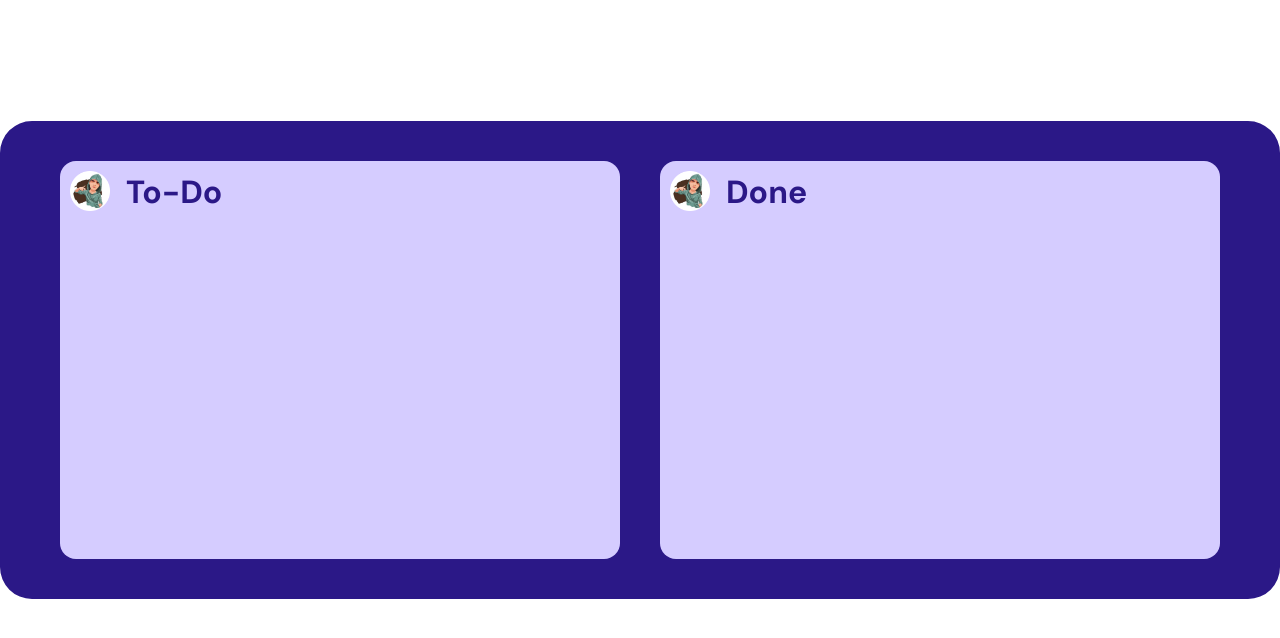
Repository: VitasYo/Kanban
Page: index.html
An editor plug-in stored every save of this project. The page is shown before and after the next save, followed by the edit.
The browser window is 1280 px wide. The pictures show the whole page.

Above is the page before, as saved 2024-04-14 23:37:22.

### index.html
<!DOCTYPE html>
<html lang="en">
<head>
  <meta charset="UTF-8">
  <meta name="viewport" content="width=device-width, initial-scale=1.0">
  <link rel="stylesheet" href="./src/assets/css/index.css">
  <title>To-Do-List-Kanban</title>
</head>
<body>
  <main class="kanban">
    <section class="kanban__column kanban__column_to_do">
      <div class="kanban__title_and_icon">
        <img height=40 width=40 src="src/assets/img/Avatar.jpg" alt="Аватар">
        <h2 class="kanban__title">To-Do</h2>
      </div>

    </section>

    <section class="kanban__column kanban__column--done">
      <div class="kanban__title_and_icon">
        <img height=40 width=40 src="src/assets/img/Avatar.jpg" alt="Аватар">
        <h2 class="kanban__title">Done</h2>
      </div>
    </section>
  </main>
  </body>
<script src="./src/assets/js/index.js"></script>
</html>

### src/assets/css/index.css
@import url('https://fonts.googleapis.com/css2?family=DM+Sans:opsz,wght@9..40,100;9..40,200;9..40,300;9..40,400;9..40,500;9..40,600;9..40,700;9..40,800;9..40,900;9..40,1000&display=swap');
@import './component/_kanban.css';
@import './_media.css';



* {
  font-family: 'DM Sans', sans-serif;
}

* {
  box-sizing: border-box;
  margin: 0;
  padding: 0;
}

body {
  font-family: 'Arial', sans-serif;
  background-color: white;
  color: white;
  display: flex;
  flex-direction: column;
  min-height: 100vh;
}


.header__title,
.footer__text {
  margin: 0;
  padding: 10px 0;
}

.container {
  width: 100%;
  padding-right: 15px;
  padding-left: 15px;
  margin-right: auto;
  margin-left: auto;
}

### src/assets/css/component/_kanban.css
.kanban {
    display: flex;
    flex-wrap: wrap;
    justify-content: space-around;
    flex-grow: 1;
    flex: 0 0 100%;
    border-radius: 32px;
    border-width: 40px;
    border: 40px solid #2B1887;
    background-color: #2B1887;
    display: grid;
    grid-template-columns: 1fr 1fr;
    margin: auto;
}

.kanban__column {
    height: 398px;
    width: 560px;
    background-color: #D5CCFF;
    border-radius: 16px;
    padding: 10px;
    margin: 0 20px;
}

.kanban__title {
    color: #2B1887;
    font-size: 32px;
    margin-bottom: 24px;
    padding-left: 16px;
}

.kanban__title_and_icon {
    display: flex;
}

### src/assets/css/_media.css
@media (min-width: 576px) {
    .container {
        max-width: 540px;
    }
}

@media (min-width: 768px) {
    .container {
        max-width: 720px;
    }
}

@media (min-width: 992px) {
    .container {
        max-width: 960px;
    }
}

@media (min-width: 1200px) {
    .container {
        max-width: 1140px;
    }
}

@media (min-width: 1400px) {
    .container {
        max-width: 1320px;
    }
}

@media screen and (min-width: 640px) {
    .kanban__column {
        flex: 0 0 calc(33.333% - 20px);
    }
}

Loaded but not shown: src/assets/js/index.js (no stored copy; drawn as an empty file)

After the next save:
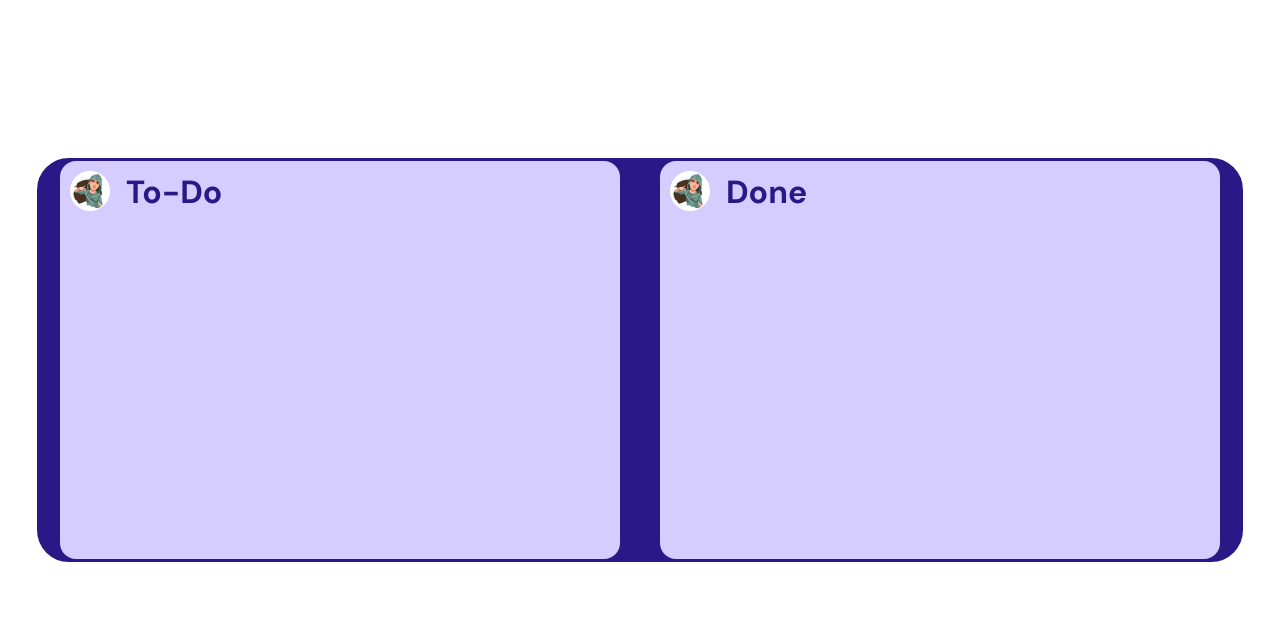
Saved 4 s later.
--- a/src/assets/css/component/_kanban.css
+++ b/src/assets/css/component/_kanban.css
@@ -6,7 +6,7 @@
     flex: 0 0 100%;
     border-radius: 32px;
     border-width: 40px;
-    border: 40px solid #2B1887;
+    border: solid #2B1887;
     background-color: #2B1887;
     display: grid;
     grid-template-columns: 1fr 1fr;
